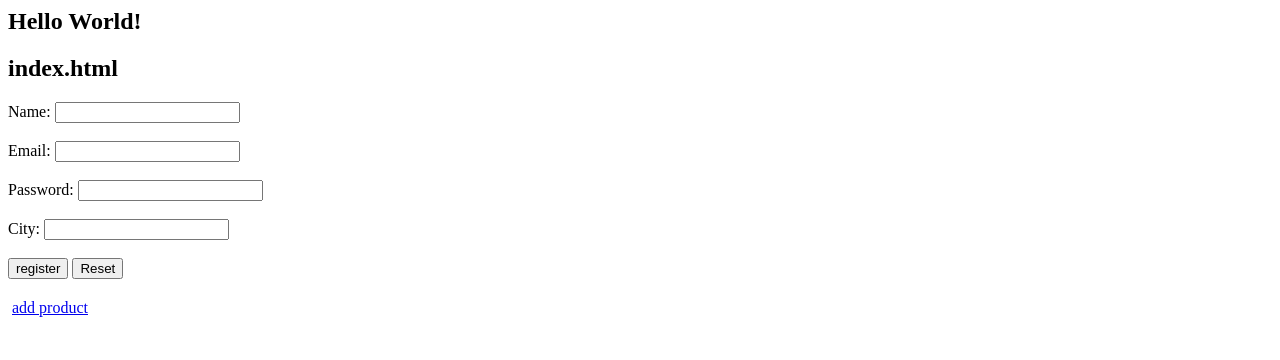
Repository: patramanik/java_ORM_Hibernate
Page: http://localhost/HD19/
An editor plug-in stored every save of this project. The page is shown before and after the next save, followed by the edit.
The browser window is 1280 px wide. The pictures show the whole page.
The page is served by Tomcat 9. Nobody is signed in. The application's start-up code is not run. Other server files are loaded and not shown.

Above is the page before, as saved 2025-04-09 18:39:22.

### HD19/src/main/webapp/index.jsp
<html>
<body>
	<h2>Hello World!</h2>
	<h2>index.html</h2>

	<form action="register.jsp">
	Name: <input type="text" name="name"> <br><br>
	Email: <input type="text" name="email"> <br><br>
	Password: <input type="text" name="password"> <br><br>
	City: <input type="text" name="city"> <br><br>
	<input type="submit" value="register">
	<input type="reset">
	</form>

	<div style="height: 50 px; width: 100px; border-radius: 5px;background-color: white;padding: 4px;">
	<a href="addproduct.jsp">add product</a>
	</div>



</body>
</html>

After the next save:
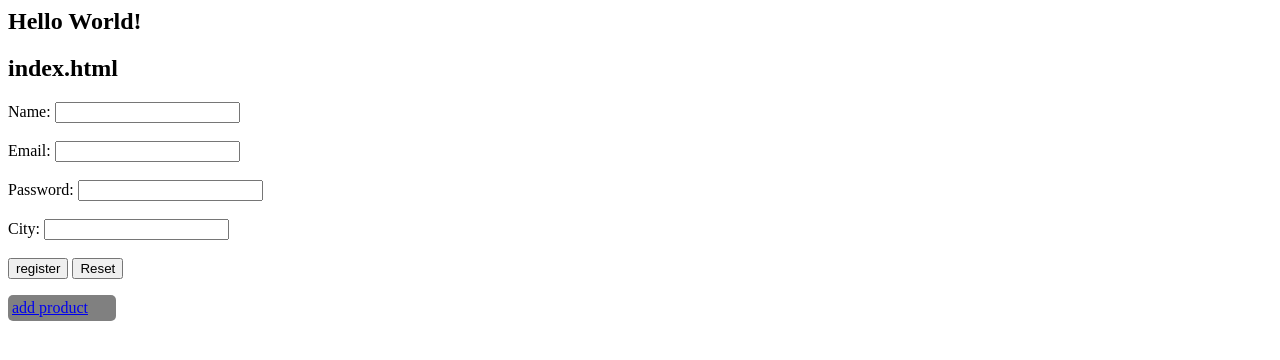
Saved 21 s later.
--- a/HD19/src/main/webapp/index.jsp
+++ b/HD19/src/main/webapp/index.jsp
@@ -12,7 +12,7 @@
 	<input type="reset">
 	</form>
 
-	<div style="height: 50 px; width: 100px; border-radius: 5px;background-color: white;padding: 4px;">
+	<div style="height: 50 px; width: 100px; border-radius: 5px;background-color: grey;padding: 4px;">
 	<a href="addproduct.jsp">add product</a>
 	</div>
 
